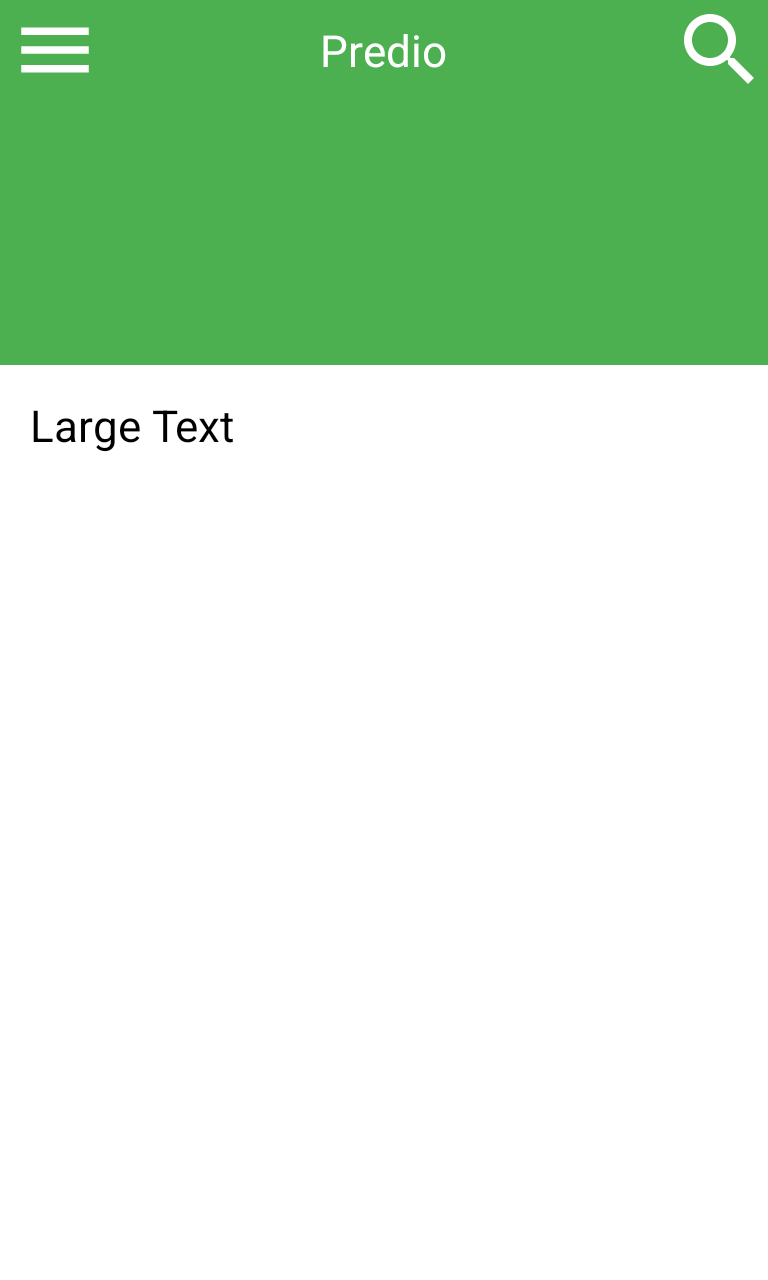
Repository: danielctf/Chilterra
Layout: Proyectos/Animales/res/layout/activity_baja_ganado.xml
The author's editor kept a copy of each file at every save. The layout is drawn from the files as they stood at one save, then again after the next save.
It is drawn on a 768 x 1280 px phone screen (xhdpi) without system bars, with theme AppTheme; the app's code is not run.

Above is the layout before, as saved 2015-10-09 14:29:23.

### Proyectos/Animales/res/layout/activity_baja_ganado.xml
<LinearLayout xmlns:android="http://schemas.android.com/apk/res/android"
    xmlns:tools="http://schemas.android.com/tools"
    android:id="@+id/LinearLayout1"
    android:layout_width="match_parent"
    android:layout_height="match_parent"
    android:orientation="vertical"
    tools:context="cl.a2r.animales.BajaGanado" >

    <RelativeLayout
        android:layout_width="match_parent"
        android:layout_height="50dp"
        android:background="@color/green" >

        <ImageButton
            android:id="@+id/menu"
            android:layout_width="wrap_content"
            android:layout_height="wrap_content"
            android:layout_alignParentLeft="true"
            android:layout_centerVertical="true"
            android:layout_marginLeft="5dp"
            android:background="@null"
            android:src="@drawable/ic_navigation_menu" />

        <TextView
            android:id="@+id/predio"
            android:layout_width="wrap_content"
            android:layout_height="wrap_content"
            android:layout_centerHorizontal="true"
            android:layout_centerVertical="true"
            android:text="Predio"
            android:textAppearance="?android:attr/textAppearanceLarge"
            android:textColor="@color/white" />

        <ImageView
            android:id="@+id/logs"
            android:layout_width="wrap_content"
            android:layout_height="wrap_content"
            android:layout_alignParentRight="true"
            android:layout_centerVertical="true"
            android:src="@drawable/ic_search_white_48dp" />
    </RelativeLayout>

    <RelativeLayout
        android:layout_width="match_parent"
        android:layout_height="wrap_content"
        android:background="@color/green"
        android:layout_weight="0.2" >

        <TextView
            android:id="@+id/despliegaDiio"
            android:layout_width="wrap_content"
            android:layout_height="wrap_content"
            android:layout_centerHorizontal="true"
            android:layout_centerVertical="true"
            android:text=""
            android:textAppearance="?android:attr/textAppearanceLarge" />

    </RelativeLayout>

    <RelativeLayout
        android:layout_width="match_parent"
        android:layout_height="wrap_content"
        android:layout_weight="0.8" >

        <TextView
            android:id="@+id/textView1"
            android:layout_width="wrap_content"
            android:layout_height="wrap_content"
            android:layout_alignParentLeft="true"
            android:layout_alignParentTop="true"
            android:layout_marginLeft="15dp"
            android:layout_marginTop="15dp"
            android:text="Large Text"
            android:textAppearance="?android:attr/textAppearanceLarge" />

    </RelativeLayout>

</LinearLayout>

### Proyectos/Animales/res/values/colors.xml
<?xml version="1.0" encoding="utf-8"?>
<resources>
    <color name="red">#ffff0000</color>
    <color name="darkred">#b22222</color>
    <color name="white">#ffffff</color>
    <color name="gris">#cccccc</color>
    <color name="green">#4caf50</color>
</resources>

Loaded but not shown: Proyectos/Animales/res/values/styles.xml (common file); Proyectos/Animales/res/values-v11/styles.xml (common file); Proyectos/Animales/res/values-v14/styles.xml (common file)

After the next save:
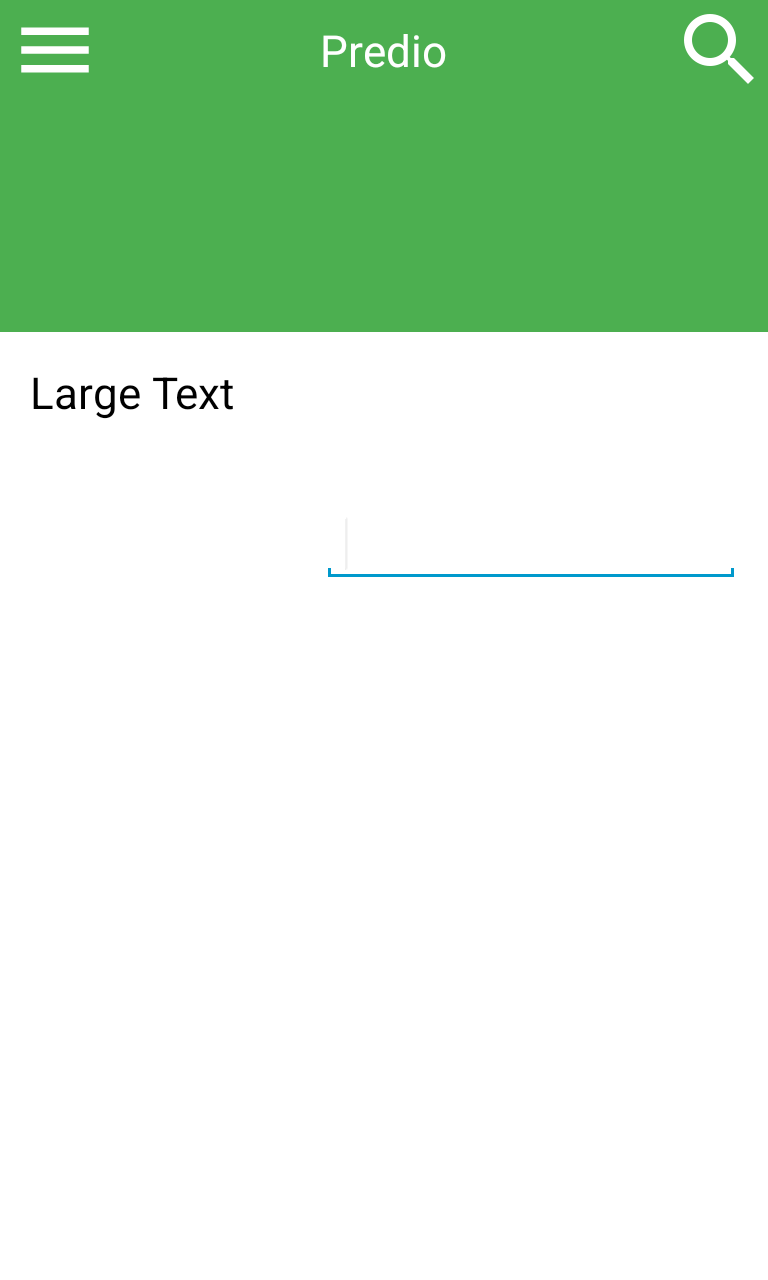
Saved 2 min 2 s later.
--- a/Proyectos/Animales/res/layout/activity_baja_ganado.xml
+++ b/Proyectos/Animales/res/layout/activity_baja_ganado.xml
@@ -73,6 +73,19 @@
             android:text="Large Text"
             android:textAppearance="?android:attr/textAppearanceLarge" />
 
+        <EditText
+            android:id="@+id/editText1"
+            android:layout_width="wrap_content"
+            android:layout_height="wrap_content"
+            android:layout_below="@+id/textView1"
+            android:layout_marginLeft="43dp"
+            android:layout_marginTop="42dp"
+            android:layout_toRightOf="@+id/textView1"
+            android:ems="10" >
+
+            <requestFocus />
+        </EditText>
+
     </RelativeLayout>
 
 </LinearLayout>
